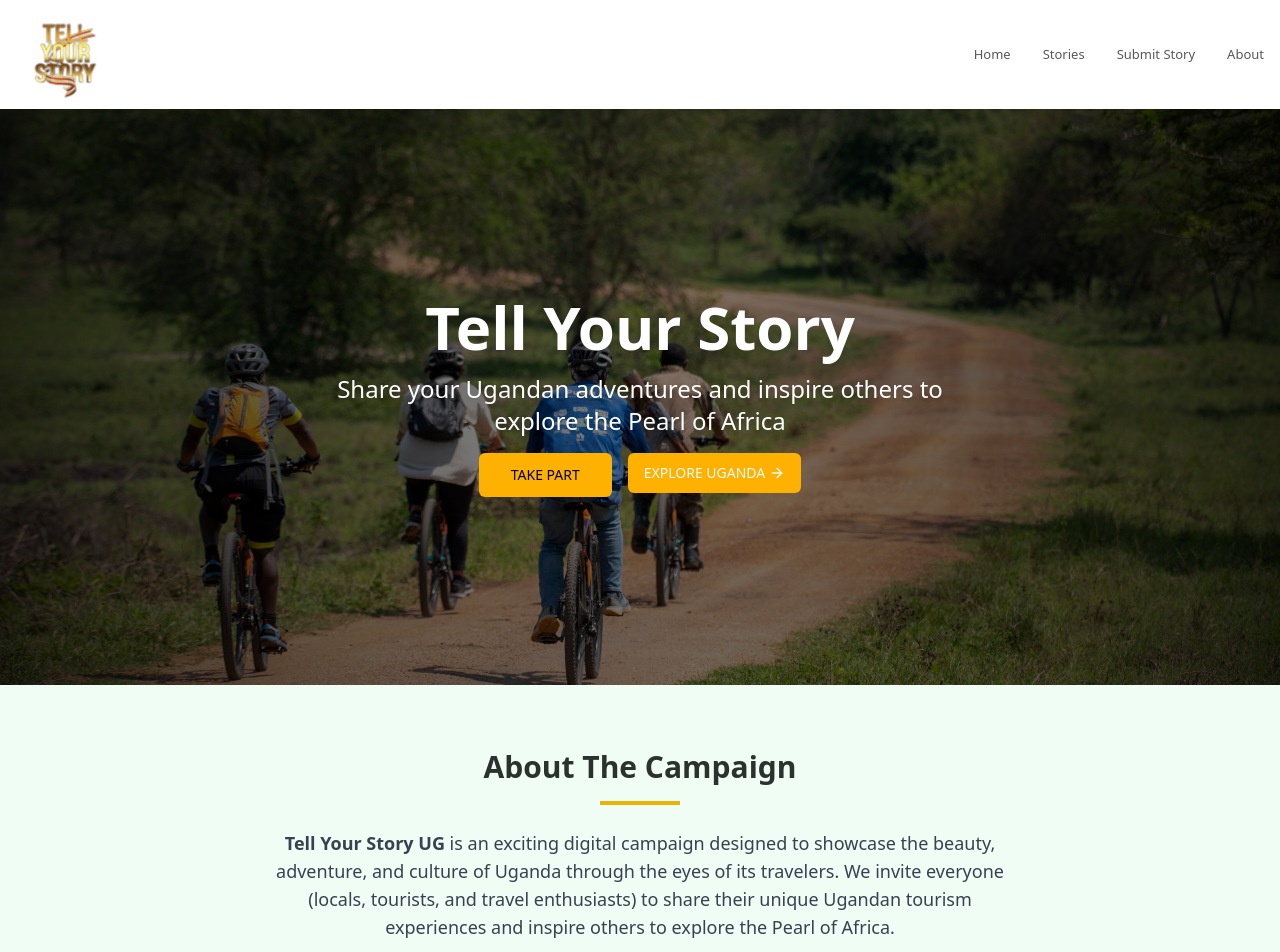
Repository: kaizoku010/take.part
Page: /
These files come from the project's save history. The page is drawn as it stood at one moment and after the next save; the edit follows.
The browser window is 1280 px wide. The pictures show the part of the page from y = 0 to 952 px (the page is 3588 px tall).
Backgrounds fixed to the window are drawn as part of the page. The project was rebuilt for these pictures with package versions that can differ from the ones it lists, and the page was loaded fresh each time. Also part of the build but not shown: vite.config.ts, src/components/ui/tooltip.tsx, src/pages/About.tsx, src/components/ui/input.tsx, src/pages/Stories.tsx, src/pages/StoryDetail.tsx, src/components/ui/use-toast.ts, src/components/ui/label.tsx and 4 more.

Above is the page before, as saved 2025-04-14 15:49:01.

### index.html

<!DOCTYPE html>
<html lang="en">
  <head>
    <meta charset="UTF-8" />
    <meta name="viewport" content="width=device-width, initial-scale=1.0" />
    <title>TAKE PART</title>
    <meta name="description" content="Share your Ugandan tourism experiences and inspire others to explore the Pearl of Africa" />
    <meta name="author" content="muneza dixon" />

    <meta property="og:title" content="Tell Your Story UG - Explore Uganda" />
    <meta property="og:description" content="Share your Ugandan tourism experiences and inspire others to explore the Pearl of Africa" />

    <!-- Meta Pixel Code -->
    <script>
    !function(f,b,e,v,n,t,s)
    {if(f.fbq)return;n=f.fbq=function(){n.callMethod?
    n.callMethod.apply(n,arguments):n.queue.push(arguments)};
    if(!f._fbq)f._fbq=n;n.push=n;n.loaded=!0;n.version='2.0';
    n.queue=[];t=b.createElement(e);t.async=!0;
    t.src=v;s=b.getElementsByTagName(e)[0];
    s.parentNode.insertBefore(t,s)}(window, document,'script',
    'https://connect.facebook.net/en_US/fbevents.js');
    fbq('init', '1846327909352916');
    fbq('track', 'PageView');
    </script>
    <!-- End Meta Pixel Code -->
  </head>

  <body>
    <div id="root"></div>
    <!-- Facebook Pixel noscript -->
    <noscript><img height="1" width="1" style="display:none"
    src="https://www.facebook.com/tr?id=1846327909352916&ev=PageView&noscript=1"
    /></noscript>
    <!-- IMPORTANT: DO NOT REMOVE THIS SCRIPT TAG OR THIS VERY COMMENT! -->
    <script src="https://cdn.gpteng.co/gptengineer.js" type="module"></script>
    <script type="module" src="/src/main.tsx"></script>
  </body>
</html>

### src/App.tsx

import { Toaster } from "@/components/ui/toaster";
import { Toaster as Sonner } from "@/components/ui/sonner";
import { TooltipProvider } from "@/components/ui/tooltip";
import { QueryClient, QueryClientProvider } from "@tanstack/react-query";
import { BrowserRouter, Routes, Route } from "react-router-dom";
import Home from "./pages/Home";
import About from "./pages/About";
import Stories from "./pages/Stories";
import StoryDetail from "./pages/StoryDetail";
import SubmitStory from "./pages/SubmitStory";
import NotFound from "./pages/NotFound";
import "./mdx.css";
import "./mobile.css"

const queryClient = new QueryClient();

const App = () => (
  <QueryClientProvider client={queryClient}>
    <TooltipProvider>
      <Toaster />
      <Sonner />
      <BrowserRouter>
        <Routes>
          <Route path="/" element={<Home />} />
          <Route path="/about" element={<About />} />
          <Route path="/stories" element={<Stories />} />
          <Route path="/stories/:id" element={<StoryDetail />} />
          <Route path="/submit-story" element={<SubmitStory />} />
          {/* ADD ALL CUSTOM ROUTES ABOVE THE CATCH-ALL "*" ROUTE */}
          <Route path="*" element={<NotFound />} />
        </Routes>
      </BrowserRouter>
    </TooltipProvider>
  </QueryClientProvider>
);

export default App;

### src/index.css
@tailwind base;
@tailwind components;
@tailwind utilities;

@layer base {
  :root {
    --background: 0 0% 100%;
    --foreground: 222.2 84% 4.9%;

    --card: 0 0% 100%;
    --card-foreground: 222.2 84% 4.9%;

    --popover: 0 0% 100%;
    --popover-foreground: 222.2 84% 4.9%;

    /* Main Orange/Gold */
    --primary: 41.81 100% 49.8%;
    --primary-foreground: 210 40% 98%;

    /* Rust Red */
    --secondary: 5.38 63.88% 44.51%;
    --secondary-foreground: 210 40% 98%;

    /* Change accent to Rust Red */
    --accent: 5.38 63.88% 44.51%;
    --accent-foreground: 210 40% 98%;

    --muted: 210 40% 96.1%;
    --muted-foreground: 215.4 16.3% 46.9%;

    --destructive: 0 84.2% 60.2%;
    --destructive-foreground: 210 40% 98%;

    --border: 214.3 31.8% 91.4%;
    --input: 214.3 31.8% 91.4%;
    --ring: 5.38 63.88% 44.51%;  /* Changed to Rust Red */

    --radius: 0.5rem;

    --sidebar-background: 0 0% 98%;

    --sidebar-foreground: 240 5.3% 26.1%;

    --sidebar-primary: 240 5.9% 10%;

    --sidebar-primary-foreground: 0 0% 98%;

    --sidebar-accent: 240 4.8% 95.9%;

    --sidebar-accent-foreground: 240 5.9% 10%;

    --sidebar-border: 220 13% 91%;

    --sidebar-ring: 217.2 91.2% 59.8%;
  }

  .dark {
    --background: 222.2 84% 4.9%;
    --foreground: 210 40% 98%;

    --card: 222.2 84% 4.9%;
    --card-foreground: 210 40% 98%;

    --popover: 222.2 84% 4.9%;
    --popover-foreground: 210 40% 98%;

    /* Main Orange/Gold */
    --primary: 41.81 100% 49.8%;
    --primary-foreground: 210 40% 98%;

    /* Rust Red */
    --secondary: 5.38 63.88% 44.51%;
    --secondary-foreground: 210 40% 98%;

    /* Change accent to Rust Red */
    --accent: 5.38 63.88% 44.51%;
    --accent-foreground: 210 40% 98%;

    --muted: 217.2 32.6% 17.5%;
    --muted-foreground: 215 20.2% 65.1%;

    --destructive: 0 62.8% 30.6%;
    --destructive-foreground: 210 40% 98%;

    --border: 217.2 32.6% 17.5%;
    --input: 217.2 32.6% 17.5%;
    --ring: 5.38 63.88% 44.51%;  /* Changed to Rust Red */
    --sidebar-background: 240 5.9% 10%;
    --sidebar-foreground: 240 4.8% 95.9%;
    --sidebar-primary: 224.3 76.3% 48%;
    --sidebar-primary-foreground: 0 0% 100%;
    --sidebar-accent: 240 3.7% 15.9%;
    --sidebar-accent-foreground: 240 4.8% 95.9%;
    --sidebar-border: 240 3.7% 15.9%;
    --sidebar-ring: 217.2 91.2% 59.8%;
  }
}

@layer base {
  * {
    @apply border-border;
  }

  body {
    @apply bg-background text-foreground;
  }
}

### src/components/ui/toaster.tsx
import { useToast } from "@/hooks/use-toast"
import {
  Toast,
  ToastClose,
  ToastDescription,
  ToastProvider,
  ToastTitle,
  ToastViewport,
} from "@/components/ui/toast"

export function Toaster() {
  const { toasts } = useToast()

  return (
    <ToastProvider>
      {toasts.map(function ({ id, title, description, action, ...props }) {
        return (
          <Toast key={id} {...props}>
            <div className="grid gap-1">
              {title && <ToastTitle>{title}</ToastTitle>}
              {description && (
                <ToastDescription>{description}</ToastDescription>
              )}
            </div>
            {action}
            <ToastClose />
          </Toast>
        )
      })}
      <ToastViewport />
    </ToastProvider>
  )
}

### src/components/ui/sonner.tsx
import { useTheme } from "next-themes"
import { Toaster as Sonner, toast } from "sonner"

type ToasterProps = React.ComponentProps<typeof Sonner>

const Toaster = ({ ...props }: ToasterProps) => {
  const { theme = "system" } = useTheme()

  return (
    <Sonner
      theme={theme as ToasterProps["theme"]}
      className="toaster group"
      toastOptions={{
        classNames: {
          toast:
            "group toast group-[.toaster]:bg-background group-[.toaster]:text-foreground group-[.toaster]:border-border group-[.toaster]:shadow-lg",
          description: "group-[.toast]:text-muted-foreground",
          actionButton:
            "group-[.toast]:bg-primary group-[.toast]:text-primary-foreground",
          cancelButton:
            "group-[.toast]:bg-muted group-[.toast]:text-muted-foreground",
        },
      }}
      {...props}
    />
  )
}

export { Toaster, toast }

### src/mdx.css
/* #hero-text{
    font-size: medium !important;
} */

#logo{
    width: 6rem !important;
}

#link{
    font-size: small !important;
    font-weight: 500;
color:rgba(0, 0, 0, 0.658) !important;
}


.bg-green-800{
    background-color: #ba3629 !important;
}

.bg-yellow-800{
    background-color: rgb(254, 177, 0) !important;
}


.bg-yellow-dx{
    background-color: rgb(254, 177, 0) !important;
}

.bg-green-900 {
    color: rgb(54, 53, 53) !important;
background-color: rgb(185, 183, 183) !important;
}


.text-green-800 {
    --tw-text-opacity: 1;
    color: rgb(43 49 45) !important;
}


.text-gray-hound{
    font-size: small;
    color: rgb(94, 94, 94) !important;
}


#carousel-section{
    padding-top: 5rem;
    padding-bottom: 5rem;
    background-color: #feb100 !important;
}

.bg-background {
    background-color: #212120 !important;
}

#prizes-section{
    height: 40rem !important;
    display: flex;
    padding-left: 10rem;
    background-position: bottom;
    background-attachment: fixed;
    width: 100%;
    background-image: url("../src/media/zebs.jpg");
}


.content-prizes{
display: flex;
/* background-color: red; */
width: 100%;
flex-direction: column;
justify-content: center;
}

.content-prizes-2{
display: flex;
background-color: transparent;
width: 100%;
flex-direction: column;
}

.win-title{

    font-weight: 800;
    font-size: 2rem;
    margin-bottom: 1rem;
    color: white;
}

.prize{
    display: flex;

    /* margin-bottom: 1rem; */
    font-weight: 200;
    /* font-size: 2rem; */
    align-items: center;
    color: white;
}

.prize img{
    width: 2.5rem;
    height: 2rem;
}


.take-part{
    background-color: #feb100;
    color: rgb(54, 52, 52);
    padding: 0.7rem;
    margin-top: 2rem;
    width: 10rem;
    font-weight: bold;
    font-size: small;
    border-radius: 10px;

}

.take-part:hover{
    color: white !important;
background-color: #ba3629 !important;
}


#vist-ug{
    background-color: traba3629 !important;
}

### src/components/ui/button.tsx
import * as React from "react"
import { Slot } from "@radix-ui/react-slot"
import { cva, type VariantProps } from "class-variance-authority"

import { cn } from "@/lib/utils"

const buttonVariants = cva(
  "inline-flex items-center justify-center gap-2 whitespace-nowrap rounded-md text-sm font-medium ring-offset-background transition-colors focus-visible:outline-none focus-visible:ring-2 focus-visible:ring-ring focus-visible:ring-offset-2 disabled:pointer-events-none disabled:opacity-50 [&_svg]:pointer-events-none [&_svg]:size-4 [&_svg]:shrink-0",
  {
    variants: {
      variant: {
        default: "bg-primary text-primary-foreground hover:bg-primary/90",
        destructive:
          "bg-destructive text-destructive-foreground hover:bg-destructive/90",
        outline:
          "border border-input bg-background hover:bg-accent hover:text-accent-foreground",
        secondary:
          "bg-secondary text-secondary-foreground hover:bg-secondary/80",
        ghost: "hover:bg-accent hover:text-accent-foreground",
        link: "text-primary underline-offset-4 hover:underline",
      },
      size: {
        default: "h-10 px-4 py-2",
        sm: "h-9 rounded-md px-3",
        lg: "h-11 rounded-md px-8",
        icon: "h-10 w-10",
      },
    },
    defaultVariants: {
      variant: "default",
      size: "default",
    },
  }
)

export interface ButtonProps
  extends React.ButtonHTMLAttributes<HTMLButtonElement>,
    VariantProps<typeof buttonVariants> {
  asChild?: boolean
}

const Button = React.forwardRef<HTMLButtonElement, ButtonProps>(
  ({ className, variant, size, asChild = false, ...props }, ref) => {
    const Comp = asChild ? Slot : "button"
    return (
      <Comp
        className={cn(buttonVariants({ variant, size, className }))}
        ref={ref}
        {...props}
      />
    )
  }
)
Button.displayName = "Button"

export { Button, buttonVariants }

### src/components/ui/card.tsx
import * as React from "react"

import { cn } from "@/lib/utils"

const Card = React.forwardRef<
  HTMLDivElement,
  React.HTMLAttributes<HTMLDivElement>
>(({ className, ...props }, ref) => (
  <div
    ref={ref}
    className={cn(
      "rounded-lg border bg-card text-card-foreground shadow-sm",
      className
    )}
    {...props}
  />
))
Card.displayName = "Card"

const CardHeader = React.forwardRef<
  HTMLDivElement,
  React.HTMLAttributes<HTMLDivElement>
>(({ className, ...props }, ref) => (
  <div
    ref={ref}
    className={cn("flex flex-col space-y-1.5 p-6", className)}
    {...props}
  />
))
CardHeader.displayName = "CardHeader"

const CardTitle = React.forwardRef<
  HTMLParagraphElement,
  React.HTMLAttributes<HTMLHeadingElement>
>(({ className, ...props }, ref) => (
  <h3
    ref={ref}
    className={cn(
      "text-2xl font-semibold leading-none tracking-tight",
      className
    )}
    {...props}
  />
))
CardTitle.displayName = "CardTitle"

const CardDescription = React.forwardRef<
  HTMLParagraphElement,
  React.HTMLAttributes<HTMLParagraphElement>
>(({ className, ...props }, ref) => (
  <p
    ref={ref}
    className={cn("text-sm text-muted-foreground", className)}
    {...props}
  />
))
CardDescription.displayName = "CardDescription"

const CardContent = React.forwardRef<
  HTMLDivElement,
  React.HTMLAttributes<HTMLDivElement>
>(({ className, ...props }, ref) => (
  <div ref={ref} className={cn("p-6 pt-0", className)} {...props} />
))
CardContent.displayName = "CardContent"

const CardFooter = React.forwardRef<
  HTMLDivElement,
  React.HTMLAttributes<HTMLDivElement>
>(({ className, ...props }, ref) => (
  <div
    ref={ref}
    className={cn("flex items-center p-6 pt-0", className)}
    {...props}
  />
))
CardFooter.displayName = "CardFooter"

export { Card, CardHeader, CardFooter, CardTitle, CardDescription, CardContent }

### src/components/layout/Layout.tsx

import { ReactNode } from "react";
import Header from "./Header";
import Footer from "./Footer";

interface LayoutProps {
  children: ReactNode;
}

const Layout = ({ children }: LayoutProps) => {
  return (
    <div className="flex flex-col min-h-screen">
      <Header />
      <main className="flex-grow">
        {children}
      </main>
      <Footer />
    </div>
  );
};

export default Layout;

### src/components/layout/Header.tsx

import { useState } from "react";
import { Menu, X } from "lucide-react";
import { Link } from "react-router-dom";
import Logo from "../../media/logo.png";

const Header = () => {
  const [isMenuOpen, setIsMenuOpen] = useState(false);

  const toggleMenu = () => {
    setIsMenuOpen(!isMenuOpen);
  };

  return (
    <header className="text-white shadow-md">
      <div className="container mx-auto px-4">
        <div className="flex justify-between items-center">
          <Link to="/" className="text-2xl font-bold flex items-center gap-2">
            <img id="logo" src={Logo} alt="Logo" />
            {/* <span className="text-white">Tell Your Story</span> */}
          </Link>

          {/* Desktop Navigation */}
          <nav className="hidden md:flex space-x-8">
            <Link to="/" id="link" className="hover:text-yellow-400 transition-colors">Home</Link>
            <Link to="/stories" id="link" className="hover:text-yellow-400 transition-colors">Stories</Link>
            <Link to="/submit-story" id="link" className="hover:text-yellow-400 transition-colors">Submit Story</Link>
            <Link to="/about" id="link" className="hover:text-yellow-400 transition-colors">About</Link>
          </nav>

          {/* Mobile Menu Button */}
          <button
            onClick={toggleMenu}
            className="md:hidden text-white focus:outline-none"
          >
            {isMenuOpen ? <X size={24} /> : <Menu size={24} />}
          </button>
        </div>

        {/* Mobile Navigation */}
        {isMenuOpen && (
          <nav className="md:hidden pt-4 pb-2">
            <div className="flex flex-col space-y-3">
              <Link
                to="/"
                id="link"
                className="hover:text-yellow-400 transition-colors py-2"
                onClick={() => setIsMenuOpen(false)}
              >
                Home
              </Link>
              <Link
                to="/stories"
                id="link"
                className="hover:text-yellow-400 transition-colors py-2"
                onClick={() => setIsMenuOpen(false)}
              >
                Stories
              </Link>
              <Link
                to="/submit-story"
                id="link"
                className="hover:text-yellow-400 transition-colors py-2"
                onClick={() => setIsMenuOpen(false)}
              >
                Submit Story
              </Link>
              <Link
                to="/about"
                id="link"
                className="hover:text-yellow-400 transition-colors py-2"
                onClick={() => setIsMenuOpen(false)}
              >
                About
              </Link>
            </div>
          </nav>
        )}
      </div>
    </header>
  );
};

export default Header;

### src/components/layout/Footer.tsx

import { Facebook, Instagram, Twitter } from "lucide-react";
import { Link } from "react-router-dom";

const Footer = () => {
  return (
    <footer className="bg-green-900 text-white py-8">
      <div className="container mx-auto px-4">
        <div className="grid grid-cols-1 md:grid-cols-3 gap-8">
          <div>
            <h3 className="text-xl font-bold mb-4">Tell Your Story UG</h3>
            <p className="text-gray-300 text-gray-hound">
            Tell Your Story UG is an exciting digital campaign designed to showcase the beauty, adventure, and culture of Uganda through the eyes of its travelers. We invite everyone (locals, tourists, and travel enthusiasts) to share their unique Ugandan tourism experiences and inspire others to explore the Pearl of Africa.
                        </p>
          </div>

          <div>
            <h3 className="text-xl font-bold mb-4">Quick Links</h3>
            <ul className="space-y-2">
              <li><Link to="/" className="text-gray-hound text-gray-300 hover:text-yellow-400 transition-colors">Home</Link></li>
              <li><Link to="/stories" className="text-gray-hound text-gray-300 hover:text-yellow-400 transition-colors">Stories</Link></li>
              <li><Link to="/submit-story" className="text-gray-hound text-gray-300 hover:text-yellow-400 transition-colors">Submit Story</Link></li>
              <li><Link to="/about" className="text-gray-hound text-gray-300 hover:text-yellow-400 transition-colors">About</Link></li>
            </ul>
          </div>

          <div>
            <h3 className="text-xl font-bold mb-4">Connect With Us</h3>
            <div className="flex space-x-4">
              <a href="https://facebook.com" target="_blank" rel="noopener noreferrer" className="hover:text-yellow-400 transition-colors">
                <Facebook size={24} />
              </a>
              <a href="https://twitter.com" target="_blank" rel="noopener noreferrer" className="hover:text-yellow-400 transition-colors">
                <Twitter size={24} />
              </a>
              <a href="https://instagram.com" target="_blank" rel="noopener noreferrer" className="hover:text-yellow-400 transition-colors">
                <Instagram size={24} />
              </a>
            </div>
            <p className="mt-4 text-gray-300 text-gray-hound">
              Email: <a href="mailto:info@tellyourstoryug.com" className="text-gray-hound hover:text-yellow-400 transition-colors">info@tellyourstoryug.com</a>
            </p>
          </div>
        </div>

        <div className="mt-8 pt-4 border-t border-green-800 text-center text-gray-300 text-gray-hound">
          <p>&copy; {new Date().getFullYear()} Tell Your Story UG. All rights reserved.</p>
        </div>
      </div>
    </footer>
  );
};

export default Footer;

### tailwind.config.ts
import type { Config } from "tailwindcss";

export default {
	darkMode: ["class"],
	content: [
		"./pages/**/*.{ts,tsx}",
		"./components/**/*.{ts,tsx}",
		"./app/**/*.{ts,tsx}",
		"./src/**/*.{ts,tsx}",
	],
	prefix: "",
	theme: {
		container: {
			center: true,
			padding: '2rem',
			screens: {
				'2xl': '1400px'
			}
		},
		extend: {
			colors: {
				main: 'hsl(41.81, 100%, 49.8%)',    // Orange/Gold
				accent: 'hsl(5.38, 63.88%, 44.51%)', // Rust Red
				border: 'hsl(var(--border))',
				input: 'hsl(var(--input))',
				ring: 'hsl(var(--ring))',
				background: 'hsl(var(--background))',
				foreground: 'hsl(var(--foreground))',
				primary: {
					DEFAULT: 'hsl(var(--primary))',
					foreground: 'hsl(var(--primary-foreground))'
				},
				secondary: {
					DEFAULT: 'hsl(var(--secondary))',
					foreground: 'hsl(var(--secondary-foreground))'
				},
				destructive: {
					DEFAULT: 'hsl(var(--destructive))',
					foreground: 'hsl(var(--destructive-foreground))'
				},
				muted: {
					DEFAULT: 'hsl(var(--muted))',
					foreground: 'hsl(var(--muted-foreground))'
				},
				// accent: {
				// 	DEFAULT: 'hsl(var(--accent))',
				// 	foreground: 'hsl(var(--accent-foreground))'
				// },
				popover: {
					DEFAULT: 'hsl(var(--popover))',
					foreground: 'hsl(var(--popover-foreground))'
				},
				card: {
					DEFAULT: 'hsl(var(--card))',
					foreground: 'hsl(var(--card-foreground))'
				},
				sidebar: {
					DEFAULT: 'hsl(var(--sidebar-background))',
					foreground: 'hsl(var(--sidebar-foreground))',
					primary: 'hsl(var(--sidebar-primary))',
					'primary-foreground': 'hsl(var(--sidebar-primary-foreground))',
					accent: 'hsl(var(--sidebar-accent))',
					'accent-foreground': 'hsl(var(--sidebar-accent-foreground))',
					border: 'hsl(var(--sidebar-border))',
					ring: 'hsl(var(--sidebar-ring))'
				}
			},
			borderRadius: {
				lg: 'var(--radius)',
				md: 'calc(var(--radius) - 2px)',
				sm: 'calc(var(--radius) - 4px)'
			},
			keyframes: {
				'accordion-down': {
					from: {
						height: '0'
					},
					to: {
						height: 'var(--radix-accordion-content-height)'
					}
				},
				'accordion-up': {
					from: {
						height: 'var(--radix-accordion-content-height)'
					},
					to: {
						height: '0'
					}
				}
			},
			animation: {
				'accordion-down': 'accordion-down 0.2s ease-out',
				'accordion-up': 'accordion-up 0.2s ease-out'
			}
		}
	},
	plugins: [require("tailwindcss-animate")],
} satisfies Config;

Loaded but not shown: src/main.tsx (common file); src/hooks/use-toast.ts (common file); src/lib/utils.ts (common file); src/pages/Home.tsx (282 lines, source omitted); src/components/ui/carousel.tsx (260 lines, source omitted); src/components/ui/toast.tsx (127 lines, source omitted); src/mobile.css (no copy from this time; the picture is the same without it)

After the next save:
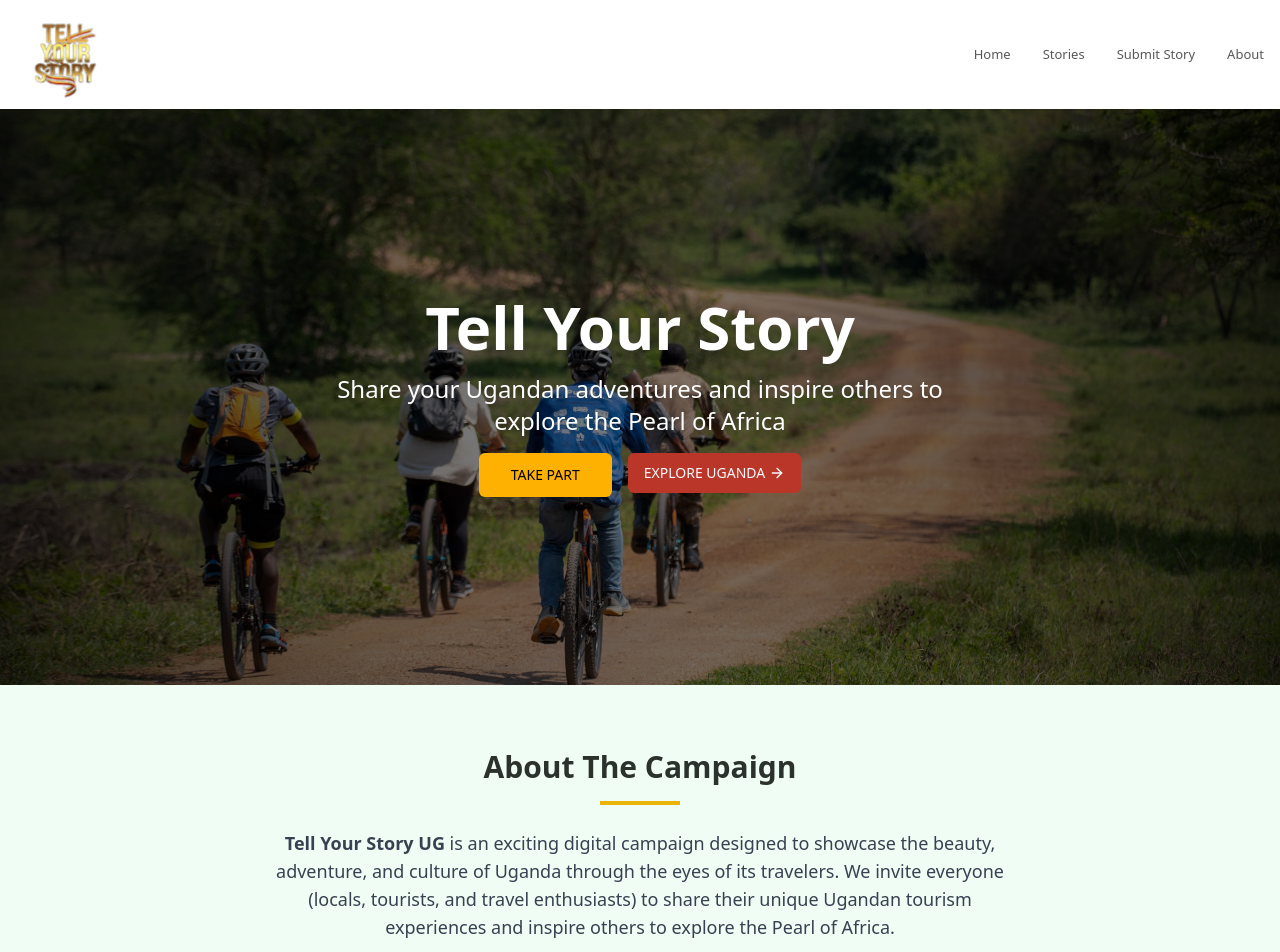
Saved 4 s later.
--- a/src/mdx.css
+++ b/src/mdx.css
@@ -123,5 +123,5 @@ background-color: #ba3629 !important;
 
 
 #vist-ug{
-    background-color: traba3629 !important;
+    background-color: #ba3629 !important;
 }
